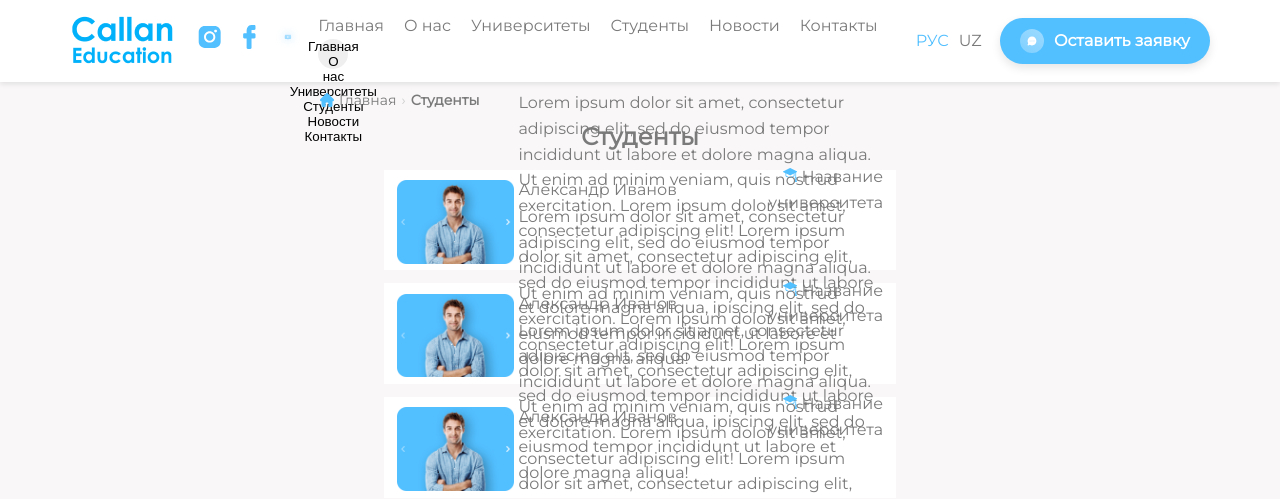
Repository: olyakorzh/Team-project-1
Page: assets/pages/students.html
The author's editor kept a copy of each file at every save. The page is drawn from the files as they stood at one save, then again after the next save.
The browser window is 1280 px wide. The pictures show the part of the page from y = 0 to 499 px (the page is 1954 px tall).
Pictures or frames that could not be fetched are drawn as grey boxes. A picture or video elsewhere on the page could not be fetched, so the positions and the page height are approximate.

Above is the page before, as saved 2024-12-08 17:29:37.

After the next save:
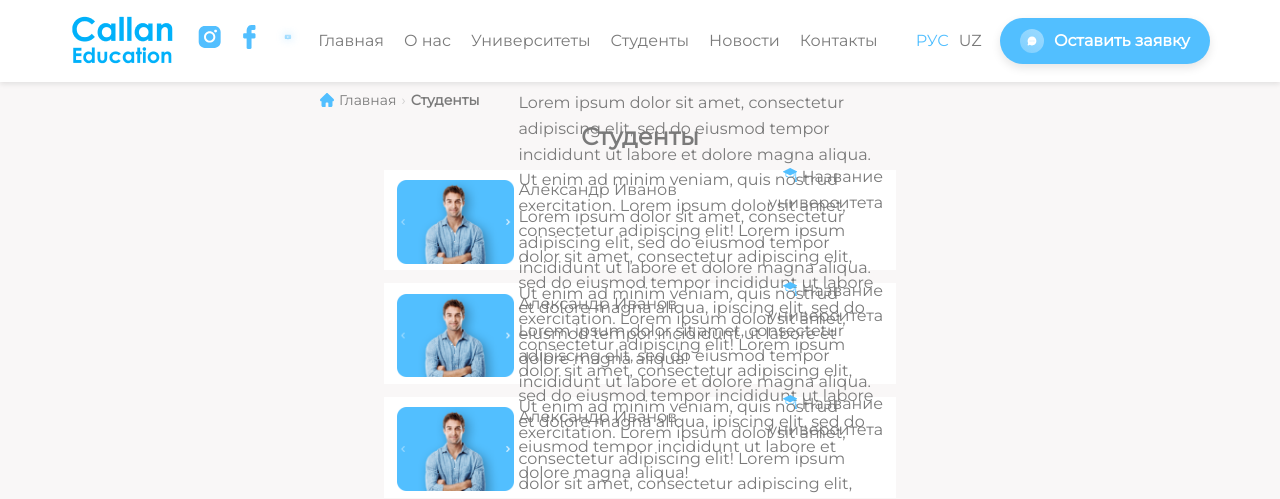
Saved 19 s later.
--- a/assets/styles/students.css
+++ b/assets/styles/students.css
@@ -724,12 +724,6 @@
 
 
 
-  .nav_burger{
-    display: flex;
-  }
-}
-
-
 @media (max-width: 768px) {
   .header__container {
     flex-wrap: wrap;
